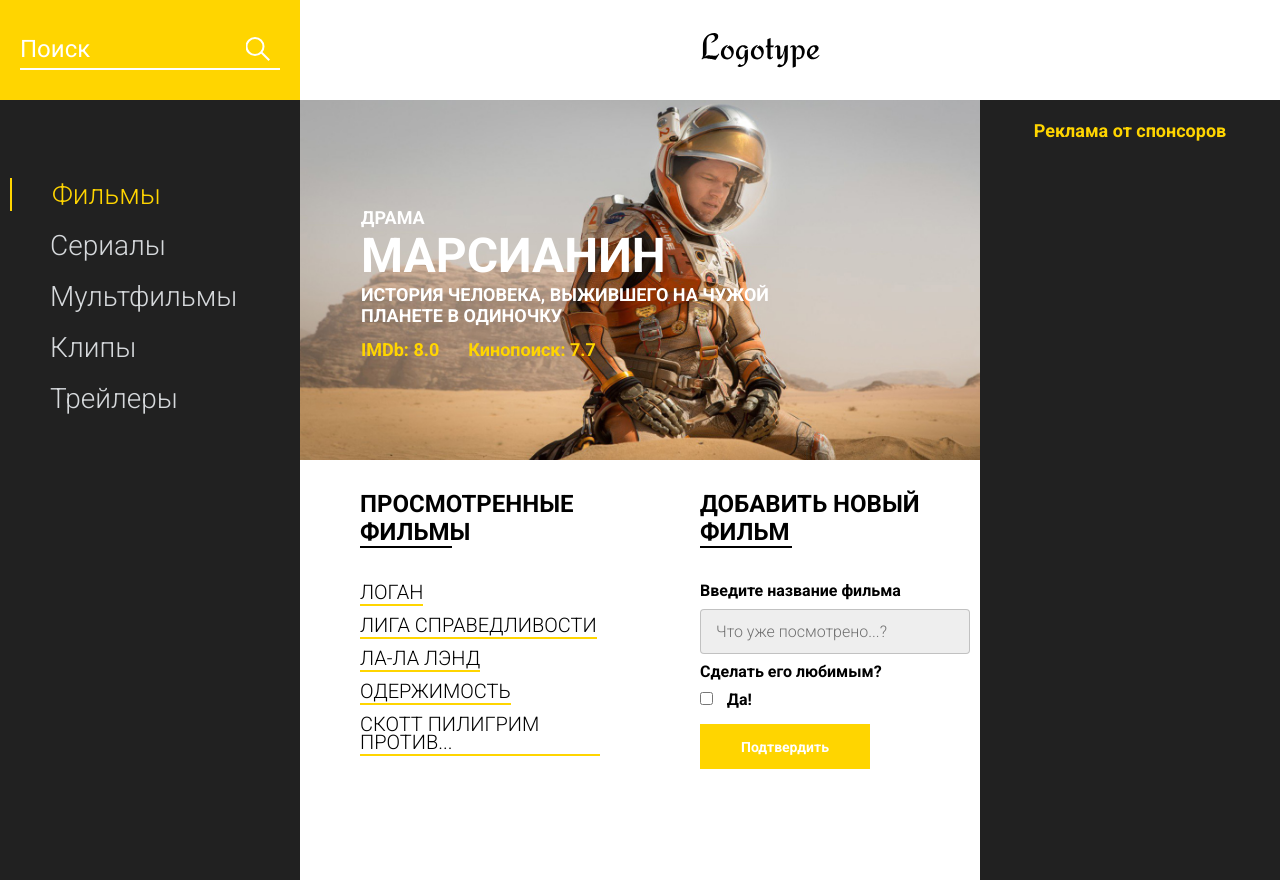
Repository: armus503/practice.-using-events-on-the-project-page
Page: index.html
The author's editor kept a copy of each file at every save. The page is drawn from the files as they stood at one save, then again after the next save.
The browser window is 1280 px wide. The pictures show the whole page.

Above is the page before, as saved 2021-09-07 10:48:19.
Console error: ReferenceError: moveList is not defined

After the next save:
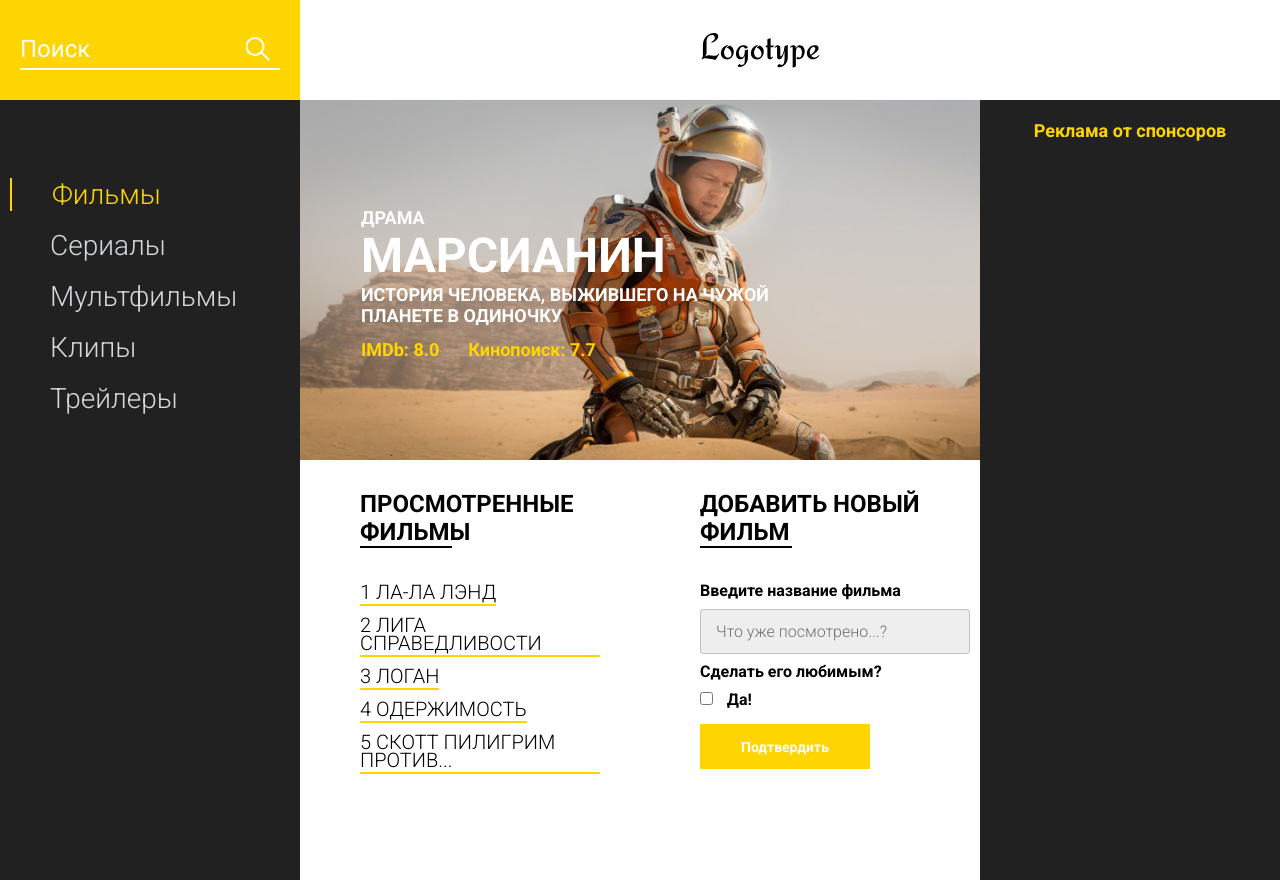
The error is gone.
Saved 5 min 34 s later.
--- a/js/script.js
+++ b/js/script.js
@@ -68,5 +68,5 @@
         });
     }
 
-    createMovieList(movieDB.movies, moveList); //вызываем нашу функцию
+    createMovieList(movieDB.movies, movieList); //вызываем нашу функцию
 });
